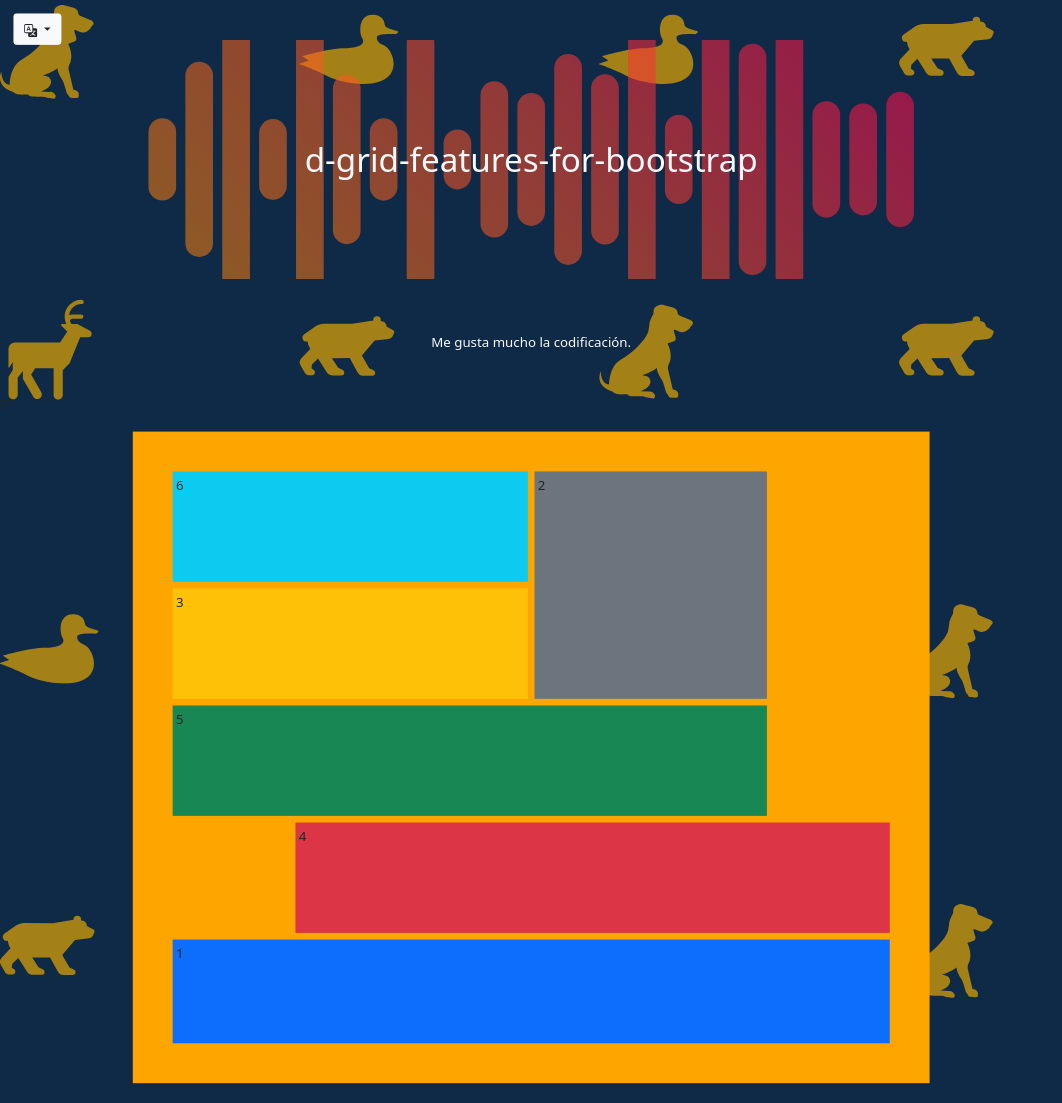
Repository: LynxPardelle/d-grid-features-for-bootstrap
Page: index.html
An editor plug-in stored every save of this project. The page is shown before and after the next save, followed by the edit.
The browser window is 1280 px wide. The pictures show the whole page, at 83% of full size.

Above is the page before, as saved 2021-10-21 00:28:30.

After the next save:
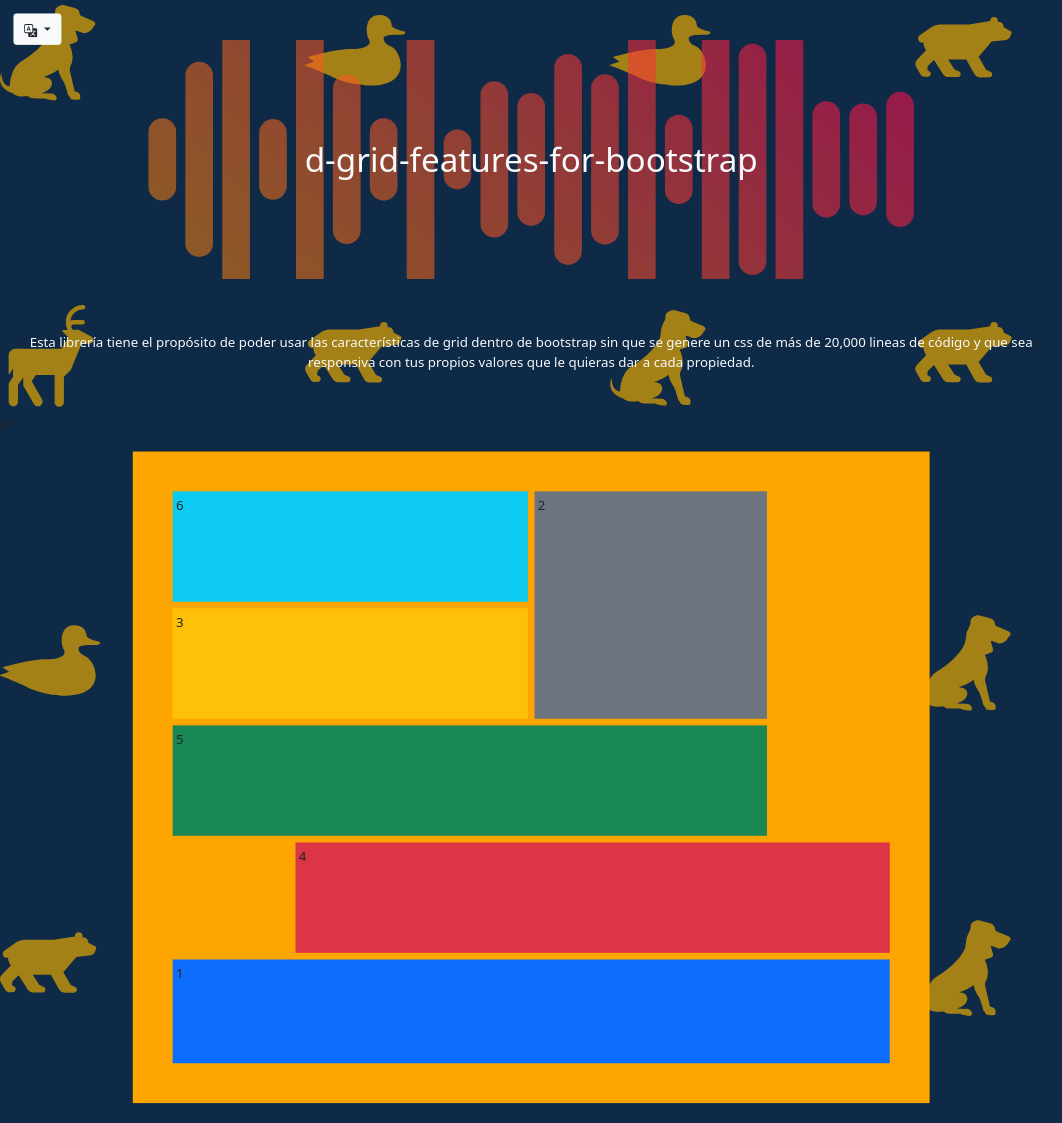
Saved 4 min 1 s later.
--- a/index.html
+++ b/index.html
@@ -58,7 +58,11 @@
 
     <div class="text-center text-light p-3 m-3">
       <p lang="en">I really enjoy coding.</p>
-      <p lang="es">Me gusta mucho la codificación.</p>
+      <p lang="es">
+        Esta librería tiene el propósito de poder usar las características de grid dentro de
+        bootstrap sin que se genere un css de más de 20,000 lineas de código y que sea responsiva
+        con tus propios valores que le quieras dar a cada propiedad.
+      </p>
     </div>p>
     </div>
 
